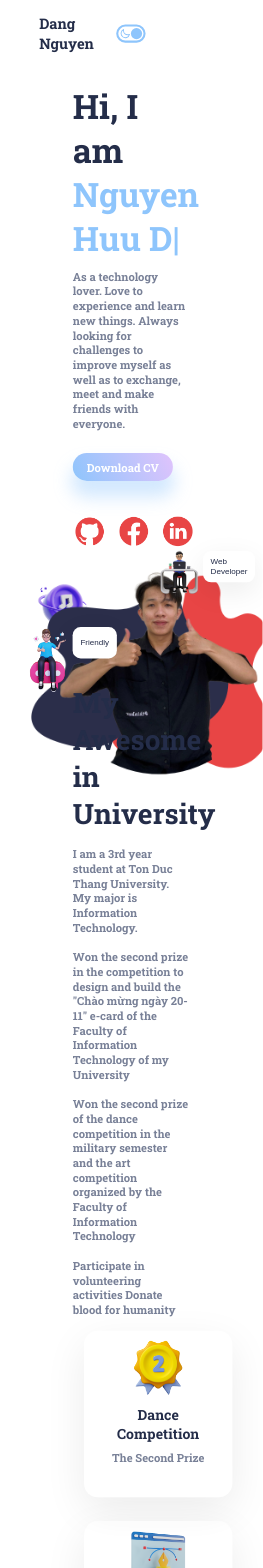
Repository: huudang2840/my_portfolio
Page: /
The author's editor kept a copy of each file at every save. The page is drawn from the files as they stood at one save, then again after the next save.
The browser window is 375 px wide. The pictures show the part of the page from y = 0 to 2240 px (the page is 5728 px tall), at 70% of full size.
The project was rebuilt for these pictures with package versions that can differ from the ones it lists, and the page was loaded fresh each time.

Above is the page before, as saved 2022-06-12 01:06:09.

### public/index.html
<!DOCTYPE html>
<html lang="en">
  <head>
    <meta charset="utf-8" />
    <meta name="viewport" content="width=device-width, initial-scale=1" />
    <meta name="theme-color" content="#000000" />
    <meta name="description" content="Web site created using create-react-app" />
    <link rel="preconnect" href="https://fonts.googleapis.com" />
    <link rel="preconnect" href="https://fonts.gstatic.com" crossorigin />
    <link
      href="https://fonts.googleapis.com/css2?family=Roboto+Slab:wght@700&display=swap"
      rel="stylesheet"
    />
    <style>
      * {
        font-family: "Roboto Slab", serif;
        font-weight: normal;
        font-style: 20px;
      }
      body {
        margin: 0;
      }
    </style>
    <!--
      manifest.json provides metadata used when your web app is installed on a
      user's mobile device or desktop. See https://developers.google.com/web/fundamentals/web-app-manifest/
    -->
    <!--
      Notice the use of %PUBLIC_URL% in the tags above.
      It will be replaced with the URL of the `public` folder during the build.
      Only files inside the `public` folder can be referenced from the HTML.

      Unlike "/favicon.ico" or "favicon.ico", "%PUBLIC_URL%/favicon.ico" will
      work correctly both with client-side routing and a non-root public URL.
      Learn how to configure a non-root public URL by running `npm run build`.
    -->
    <title>React App</title>
  </head>
  <body>
    <noscript>You need to enable JavaScript to run this app.</noscript>
    <div id="root"></div>
    <!--
      This HTML file is a template.
      If you open it directly in the browser, you will see an empty page.

      You can add webfonts, meta tags, or analytics to this file.
      The build step will place the bundled scripts into the <body> tag.

      To begin the development, run `npm start` or `yarn start`.
      To create a production bundle, use `npm run build` or `yarn build`.
    -->
  </body>
</html>

### src/Components/Navbar/Navbar.jsx
import React from "react";
import "./Navbar.css";
import Toggle from "../Toggle/Toggle";
import { Link } from "react-scroll";

const Navbar = () => {
  return (
    <div className="n-wrapper">
      <div className="n-left">
        <div className="n-name">Dang Nguyen</div>
        <Toggle />
      </div>
      <div className="n-right">
        <div className="n-list">
          <ul style={{ listStyle: "none" }}>
            <Link spy={true} to="Navbar" smooth={true} activeClass="activeClass">
              <li className="n-item">Home</li>
            </Link>
            <Link spy={true} to="Introduce" smooth={true}>
              <li className="n-item">Introduce</li>
            </Link>
            <Link spy={true} to="Skills" smooth={true}>
              <li className="n-item">Skills</li>
            </Link>
            <Link spy={true} to="Project" smooth={true}>
              <li className="n-item">Projects</li>
            </Link>
          </ul>
        </div>
        <Link spy={true} to="Contact" smooth={true}>
          <button className="button n-button">Contact</button>
        </Link>
      </div>
    </div>
  );
};

export default Navbar;

### src/App.css
:root {
  --yellow: #f5c32c;
  --orange: #fca61f;
  --black: #242d49;
  --gray: #788097;
  --blue: #8ec5fc;
  --blueCard2: #6eb2f7;
  --blueCard: #ddf8fe;
  --purple: rgb(238 210 255);
  --boxShadow: 0px 19px 60px rgb(0 0 0 / 8%);
  --orangeCard: rgba(252, 166, 31, 0.45);
  --smboxShadow: -79px 51px 60px rgba(0, 0, 0, 0.08);
}

.App {
  padding: 0.5rem 3.5rem;
  overflow: hidden;
  color: var(--black);
}

.button {
  border-radius: 34px;
  border: none;
  color: white;
  font-size: 16px;
  padding: 10px 20px;
  background: linear-gradient(62deg, #8ec5fc 0%, #e0c3fc 100%);
  box-shadow: 0px 20px 24px 3px #8ec5fc65;
}

.button:hover {
  background: white;
  cursor: pointer;
  color: var(--blue);
  border: 1px solid var(--blue);
}

@media screen and (max-width: 480px) {
}

### src/Components/Introduce/Introduce.jsx
import React from "react";
import "./Introduce.css";
import Card from "../Card/Card";

import Blood from "../../img/blood.png";
import Web from "../../img/web.png";
import secondPrize from "../../img/2nd.png";

import { motion } from "framer-motion";

import { themeContext } from "../../Context";
import { useContext } from "react";

const Introduce = () => {
  const theme = useContext(themeContext);
  const darkMode = theme.state.darkMode;
  const transition = { duration: 2, type: "spring" };

  return (
    <div className="introduce" id="Introduce">
      {/* Bên trái */}
      <div className="infor">
        <span style={{ color: darkMode ? "white" : "" }}>My Awesome</span>
        <span>in University</span>
        <span>
          <br />
          I am a 3rd year student at Ton Duc Thang University.
          <br />
          My major is Information Technology.
          <br />
          <br />
          Won the second prize in the competition to design and build the "Chào mừng ngày 20-11"
          e-card of the Faculty of Information Technology of my University
          <br />
          <br />
          Won the second prize of the dance competition in the military semester and the art
          competition organized by the Faculty of Information Technology
          <br />
          <br />
          Participate in volunteering activities Donate blood for humanity
        </span>
      </div>
      {/* Bên phải */}
      <div className="cards">
        {/* Thẻ 1 */}
        <motion.div
          initial={{ right: "30%" }}
          whileInView={{ left: "20rem" }}
          style={{ top: "0" }}
          transition={transition}
        >
          <Card emoij={secondPrize} heading={"Dance Competition"} detail={"The Second Prize"} />
        </motion.div>
        {/* Thẻ 2 */}
        <motion.div
          initial={{ left: "-30%" }}
          whileInView={{ left: "1rem" }}
          style={{ top: "12rem" }}
          transition={transition}
        >
          <Card emoij={Web} heading={"E-card Competition"} detail={"The Second Prize"} />
        </motion.div>
        {/* Thẻ 3 */}
        <motion.div
          initial={{ right: "10%" }}
          whileInView={{ left: "19rem" }}
          style={{ top: "19rem" }}
          transition={transition}
        >
          <Card
            emoij={Blood}
            heading={"Donate Blood"}
            detail={"Participate In Volunteering Activities"}
          />
        </motion.div>

        <div
          className="blur in-blur-2"
          style={{ background: "var(--purple)", height: "20rem" }}
        ></div>
      </div>
    </div>
  );
};

export default Introduce;

### src/Components/Skills/Skill.jsx
import React from "react";
import "./Skill.css";

import html from "../../img/html.png";
import css from "../../img/css.png";
import js from "../../img/js.png";
import react from "../../img/react.png";
import nodejs from "../../img/nodejs.png";

import java from "../../img/java.png";
import sql from "../../img/sql.png";
import mongo from "../../img/mongoDB.png";

import { motion } from "framer-motion";
import { Link } from "react-scroll";
import { themeContext } from "../../Context";
import { useContext } from "react";

const Skill = () => {
  const transition = { duration: 3, type: "spring" };
  const theme = useContext(themeContext);
  const darkMode = theme.state.darkMode;

  return (
    <div className="skill" id="Skills">
      {/* Bên trái */}
      <div className="infor">
        <span style={{ color: darkMode ? "white" : "" }}>Technical</span>
        <span>Skills</span>
        <span>
          <br />
          <b style={{ color: darkMode ? "white" : "black" }}>Development: </b>
          <br />
          HTML, CSS, JavaScript, Nodejs, Reactjs, Java
          <br />
          <br />
          <b style={{ color: darkMode ? "white" : "black" }}>Database: </b>
          <br />
          MongoDB, SQL
          <br />
        </span>
        <Link spy={true} to="Contact" smooth={true}>
          <button className="button in-button">Contact</button>
        </Link>
      </div>
      {/* Bên phải */}

      <div className="sk-right">
        <motion.div
          initial={{ rotate: 60 }}
          whileInView={{ rotate: 0 }}
          viewport={{ margin: "-40px" }}
          transition={{ duration: 3.5, type: "spring" }}
          className="sk-mainCircle"
        >
          <div className="sk-secCircle">
            <img src={css} alt="" />
          </div>
          <div className="sk-secCircle">
            <img src={html} alt="" />
          </div>
          <div className="sk-secCircle">
            <img src={js} alt="" />
          </div>
          <div className="sk-secCircle">
            <img src={react} alt="" />
          </div>
          <div className="sk-secCircle">
            <img src={nodejs} alt="" />
          </div>
        </motion.div>
        {/* bg Circle */}
        <div className="sk-backCircle blueCircle"></div>
        <div className="sk-backCircle redCircle"></div>
        <motion.img
          initial={{ top: "-10%", left: "40%" }}
          whileInView={{ top: "25%", left: "-18%" }}
          transition={transition}
          src={java}
          alt=""
        />
        <motion.img
          initial={{ top: "0%", left: "30%" }}
          whileInView={{ top: "55%", left: "5%" }}
          transition={transition}
          src={sql}
          alt=""
        />
        <motion.img
          initial={{ top: "-10%", left: "50%" }}
          whileInView={{ top: "-5%", left: "10%" }}
          transition={transition}
          src={mongo}
          alt=""
        />
      </div>
    </div>
  );
};

export default Skill;

### src/Components/Project/Project.jsx
import React from "react";
import "./Project.css";
import { Swiper, SwiperSlide } from "swiper/react";
import eCard from "../../img/20-11.png";
import musicApp from "../../img/music-app.png";
import shopeeClone from "../../img/shopee_clone.png";

import "swiper/swiper-bundle.min.css";
import "swiper/swiper.min.css";

import { themeContext } from "../../Context";
import { useContext } from "react";

import ProjectCard from "../ProjectCard/ProjectCard";

const Project = () => {
  const theme = useContext(themeContext);
  const darkMode = theme.state.darkMode;
  const widthScreen = window.screen.availWidth;
  const projects = [
    {
      title: "E-Card 'Chào Mừng 20-11'",
      link: "https://sixters19050401.github.io/",
      img: eCard,
    },
    {
      title: "Music App",
      link: "https://huudang2840.github.io/music-player/",
      img: musicApp,
    },
    {
      title: "Shopee Clone UI",
      link: "https://huudang2840.github.io/shopee_clone/",
      img: shopeeClone,
    },
  ];

  return (
    <div className="project" id="Project">
      {/* Heading */}
      <span style={{ color: darkMode ? "white" : "" }}>
        My <span style={{ color: "var(--redPrimary)" }}>Projects</span>
      </span>

      {/* Slider */}

      <Swiper
        height={30}
        spaceBetween={30}
        slidesPerView={widthScreen <= 480 ? 1 : 3}
        grabCursor={true}
        className="project-slider"
      >
        {projects.map((p, index) => {
          return (
            <SwiperSlide key={index}>
              <ProjectCard link={p.link} img={p.img} darkMode={darkMode} title={p.title} />
            </SwiperSlide>
          );
        })}
      </Swiper>
    </div>
  );
};

export default Project;

### src/Components/Contact/Contact.jsx
import React, { useRef, useState } from "react";
import "./Contact.css";
import "../Introduce/Introduce";
import emailjs from "@emailjs/browser";
import { themeContext } from "../../Context";
import { useContext } from "react";

const Contact = () => {
  const form = useRef();
  const [done, setDone] = useState(false);

  const theme = useContext(themeContext);
  const darkMode = theme.state.darkMode;

  const sendEmail = (e) => {
    e.preventDefault();

    emailjs.sendForm("service_mpucvz5", "template_bf8vzpv", form.current, "5KF476gcvLuOiv28W").then(
      (result) => {
        console.log(result.text);
        setDone(true);
      },
      (error) => {
        console.log(error.text);
      }
    );
  };

  return (
    <div className="contact" id="Contact">
      {/* Left */}
      <div className="c-left">
        <span style={{ color: darkMode ? "white" : "" }}>Get in touch</span>
        <span>Contact me</span>
        <div className="blur c-blur1" style={{ background: "#ABF1FF94" }}></div>
      </div>
      {/* Right */}

      <div className="c-right">
        <form ref={form} onSubmit={sendEmail}>
          <input className="user" type="text" name="user_name" placeholder="Name" />
          <input className="user" type="email" name="user_email" placeholder="Email" />
          <textarea className="user" type="text" name="message" placeholder="Message" />
          <input type="submit" value="Send" className="button" />
          <span className="c-thanks">{done && "Thank you, I got your email! <3"}</span>
          <div className="blur c-blur1" style={{ background: "var(--purple)" }}></div>
        </form>
      </div>
    </div>
  );
};

export default Contact;

### src/Components/Footer/Footer.jsx
import React from "react";
import "./Footer.css";

import Facebook from "@iconscout/react-unicons/icons/uil-facebook";
import Github from "@iconscout/react-unicons/icons/uil-github";
import Email from "@iconscout/react-unicons/icons/uil-envelope";
import LinkedIn from "@iconscout/react-unicons/icons/uil-linkedin";

const Footer = () => {
  return (
    <div className="footer">
      <div className="f-content">
        <span>dangnguyen2842@gmail.com</span>
        <div className="f-icons">
          <a
            target="_blank"
            rel="noreferrer"
            href="mailto:dangnguyen2842@gamil.com?"
            style={{ color: "white" }}
          >
            <Email size="3rem"></Email>
          </a>
          <a
            target="_blank"
            rel="noreferrer"
            href="https://www.facebook.com/dangdang.28/"
            style={{ color: "white" }}
          >
            <Facebook size="3rem"></Facebook>
          </a>
          <a
            target="_blank"
            rel="noreferrer"
            href="https://github.com/huudang2840"
            style={{ color: "white" }}
          >
            <Github size="3rem"></Github>
          </a>

          <a
            target="_blank"
            rel="noreferrer"
            href="https://www.linkedin.com/in/đăng-nguyễn-7a4b04240/"
            style={{ color: "white" }}
          >
            <LinkedIn size="3rem"></LinkedIn>
          </a>
        </div>
      </div>
    </div>
  );
};

export default Footer;

### src/Components/Navbar/Navbar.css
.n-wrapper {
  height: 10vh;
  display: flex;
  justify-content: space-between;
}

.n-left {
  flex: 1;
  align-items: center;
  display: flex;
  gap: 2rem;
}

.n-name {
  font-size: 1.3rem;
  font-weight: bold;
}

.n-right {
  display: flex;
  flex: 1;
  align-items: center;
  justify-content: center;
}

.n-list {
  flex: 10;
}

.n-list > ul {
  display: flex;
  gap: 4rem;
  margin-right: 4rem;
  cursor: pointer;
}

.n-item:hover {
  cursor: pointer;
  color: var(--redPrimary);
}

.n-button {
  flex: 2;
}

@media screen and (max-width: 480px) {
  .n-list {
    display: none;
  }
  .n-button {
    display: none;
  }
}

### src/Components/Toggle/Toggle.jsx
import React from "react";
import "./Toggle.css";
import Sun from "@iconscout/react-unicons/icons/uil-sun";
import Moon from "@iconscout/react-unicons/icons/uil-moon";
import { themeContext } from "../../Context";
import { useContext } from "react";

const Toggle = () => {
  const theme = useContext(themeContext);
  const darkMode = theme.state.darkMode;
  const handleClick = () => {
    theme.dispatch({ type: "toggle" });
  };
  return (
    <div className="toggle" onClick={handleClick}>
      <Moon />
      <Sun />
      <div className="t-button" style={darkMode ? { left: "2px" } : { right: "2px" }}></div>
    </div>
  );
};

export default Toggle;

### src/Components/Intro/Intro.css
.intro {
  display: flex;
  height: 77vh;
  margin-top: 10rem;
  padding: 0 3rem 0 3rem;
}
.i-left {
  display: flex;
  position: relative;
  flex: 1;
  flex-direction: column;
  gap: 2rem;
}
.i-name {
  display: flex;
  flex-direction: column;
}

.i-name > :nth-child(1) {
  color: var(--black);
  font-weight: bold;
  font-size: 3rem;
}
.i-name > :nth-child(2) {
  color: var(--blue);
  font-weight: bold;
  font-size: 3rem;
}
.i-name > :nth-child(3) {
  font-weight: 100;
  font-size: 15 px;
  color: var(--gray);
  margin-top: 10px;
  max-width: 80%;
}
.i-button {
  height: 2.5rem;
}
.i-icons {
  margin-top: 1rem;
  display: flex;
  gap: 0rem;
}
.i-icons > a > img {
  margin-right: 15px;
  max-height: 3rem;
}
.i-icons > a > img:hover {
  cursor: pointer;
}
.i-right {
  flex: 1;
  position: relative;
}

.i-right > * {
  position: absolute;
  z-index: 1;
}

.i-right > :nth-child(1) {
  z-index: 2;
  transform: scale(0.9);
  top: -15%;
}

.i-right > :nth-child(2) {
  z-index: 1;
  transform: scale(0.9);
  left: 8rem;
  top: -15%;
}

.i-right > :nth-child(3) {
  z-index: 3;
  transform: scale(0.9);
  left: 3.5rem;
  top: -26%;
}
.i-right > :nth-child(4) {
  transform: scale(0.5);
  border-radius: 50%;
  padding: 0;
}

.blur {
  position: absolute;
  width: 22rem;
  height: 14rem;
  border-radius: 50%;
  background: #edd0ff;
  z-index: -10;
  top: 18%;
  left: 56%;
  filter: blur(72px);
}

@media screen and (max-width: 480px) {
  .intro {
    flex-direction: column;
    margin-top: 2rem;
  }
  .i-right {
    transform: scale(0.8);
    left: -4rem;
  }

  .i-right .blur {
    display: none;
  }

  .i-name > :nth-child(1) {
    font-size: 3rem;
  }
  .i-name > :nth-child(2) {
    font-size: 3rem;
    min-height: 8rem;
  }
  .i-right {
    transform: scale(0.68);
    left: -7rem;
  }
  .i-dev {
    margin-left: 12rem;
  }
  .i-friendly {
    margin-left: 2rem;
    margin-top: 10rem;
  }
  .i-name > :nth-child(3) {
    max-width: 100%;
  }
}

### src/Components/FloatingDiv/FloatingDiv.jsx
import React from "react";
import "./Floating.css";
import { themeContext } from "../../Context";
import { useContext } from "react";

const FloatingDiv = ({ image, txt1 }) => {
  const theme = useContext(themeContext);
  const darkMode = theme.state.darkMode;
  return (
    <div className="f-wrapper">
      <img className="f-img" src={image} alt="" />
      <div className="floatingdiv">
        <span style={{ color: darkMode ? "black" : "" }}>{txt1}</span>
      </div>
    </div>
  );
};

export default FloatingDiv;

### src/Components/Introduce/Introduce.css
.introduce {
  display: flex;
  padding: 0 3rem 0 3rem;
  height: 90vh;
  margin-bottom: 8rem;
  margin-top: 5rem;
}

.infor {
  display: flex;
  flex: 1;
  flex-direction: column;
  position: relative;
}

.infor > :nth-child(1) {
  color: var(--black);
  font-size: 2.5rem;
  font-weight: bold;
}

.infor > :nth-child(2) {
  color: var(--redPrimary);
  font-size: 2.5rem;
  font-weight: bold;
}

.infor > :nth-child(3) {
  color: var(--gray);
  max-width: 80%;
}

.in-button {
  margin-top: 3rem;
  width: 10rem;
  height: 2.5rem;
}

.cards {
  flex: 1;
  position: relative;
}
.cards > * {
  position: absolute;
}
@media screen and (max-width: 480px) {
  .introduce {
    margin-top: 15rem;
    flex-direction: column;
    padding-bottom: 70vh;
  }
  .infor > :nth-child(3) {
    max-width: 100%;
  }
  .cards {
    display: flex;
    flex-direction: column;
    margin-top: 20px;
    margin-left: 1rem;
    gap: 17rem;
  }
  .cards > * {
    position: static;
  }
}

### src/Components/Card/Card.jsx
import React from "react";
import "./Card.css";

const Card = ({ emoij, heading, detail }) => {
  return (
    <div className="card">
      <img src={emoij} alt="" />
      <span>{heading}</span>
      <span>{detail}</span>
    </div>
  );
};

export default Card;

### src/Components/Skills/Skill.css
.skill {
  padding: 0 3rem 0 3rem;
  display: flex;
  height: 90vh;
  margin-top: 4rem;
}

.sk-right {
  flex: 1;
  position: relative;
}
.sk-right > img {
  position: absolute;
  max-width: 6rem;
}

.sk-mainCircle {
  left: 9rem;
  position: relative;
  width: 18rem;
  height: 18rem;
  border-radius: 100%;
  box-shadow: var(--smboxShadow);
  top: 2rem;
  background: white;
  z-index: 3;
}
.sk-mainCircle > * {
  position: absolute;
}

.sk-mainCircle > :nth-child(1) {
  top: -3rem;
  left: 6rem;
}

.sk-mainCircle > :nth-child(2) {
  top: 6rem;
  left: -2rem;
}
.sk-mainCircle > :nth-child(3) {
  top: 6rem;
  left: 6rem;
}
.sk-mainCircle > :nth-child(4) {
  top: 15rem;
  left: 5rem;
}

.sk-mainCircle > :nth-child(5) {
  top: 6rem;
  left: 13rem;
}

.sk-secCircle img {
  max-width: 4.7rem;
}
.sk-secCircle {
  width: 6rem;
  height: 6rem;
  position: absolute;
  border-radius: 100%;
  border: 1px solid #ebebeb;
  display: flex;
  align-items: center;
  justify-content: center;
  background: white;
  z-index: 3;
}

.sk-backCircle {
  position: absolute;
  height: 13rem;
  width: 13rem;
  z-index: 2;
  border-radius: 100%;
}
.blueCircle {
  background: var(--bluePrimary);
  left: 18rem;
  top: 0rem;
  z-index: 1;
}

.redCircle {
  background: var(--redPrimary);
  left: 18rem;
  z-index: 1;
  top: 8rem;
}
@media screen and (max-width: 480px) {
  .skill {
    flex-direction: column;
  }
  .sk-right {
    transform: scale(0.75);
  }
  .sk-mainCircle {
    left: 5rem;
  }
  .blueCircle {
    left: 14rem;
  }
  .redCircle {
    left: 14rem;
  }
}

### src/Components/Project/Project.css
.project {
  display: flex;
  align-items: center;
  justify-content: center;
  flex-direction: column;
  height: 70vh;
  padding-bottom: 10rem;
}

.project span:nth-child(1) {
  color: var(--black);
  font-size: 2.5rem;
  font-weight: bold;
}

.project .swiper {
  overflow: hidden !important;
}

.project-slider {
  margin-top: 3rem;
  width: 100%;
}

.project-slider .swiper-slide {
  width: 25rem;
}

.project img {
  width: 25rem;
  filter: drop-shadow(-12px 15px 13px rgba(0, 0, 0, 0.25));
  border-radius: 25px;
}

### src/Components/ProjectCard/ProjectCard.jsx
import React from "react";
import "./ProjectCard.css";

const ProjectCard = ({ link, img, darkMode, title }) => {
  return (
    <div className="p-wrapper">
      <a href={link} target="_blank" rel="noreferrer">
        <img src={img} alt="" style={{ height: "225px" }} />
      </a>
      <span style={{ color: darkMode ? "white" : "" }}>{title}</span>
    </div>
  );
};

export default ProjectCard;

### src/Components/Comment/Comment.css
.c-wapper {
  padding: 0 3rem 0 3rem;
  height: 100vh;
  display: flex;
  align-items: center;
  justify-content: center;
  margin-top: 7rem;
  flex-direction: column;
  gap: 2rem;
  position: relative;
}
.c-heading {
  align-self: start;
}
.c-heading > * {
  font-size: 2rem;
  font-weight: bold;
}
.c-heading span:nth-of-type(2) {
  color: var(--blue);
}

.c-blur1 {
  left: 55rem;
  top: 20rem;
}
.c-blur2 {
  top: 10rem;
  left: 0;
}
.comment {
  display: flex;
  flex-direction: column;
  align-items: center;
  justify-content: space-evenly;
  padding: 2rem;
  width: 40rem;
  height: 20rem;
  background: rgba(255, 255, 255, 0.26);
  border: 7px solid var(--blueCard);
  box-shadow: var(--boxShadow);
  border-radius: 20px;
}
.comment > img {
  width: 6rem;
  height: 6rem;
  border-radius: 100%;
}
.comment > span {
  color: var(--gray);
}

.c-wapper .swiper-container {
  width: 100%;
  height: 70%;
}

.c-wapper .swiper-slide {
  display: flex;
  align-items: center;
  justify-content: center;
}

.c-wapper .swiper-pagination-bullet-active {
  background: var(--blue);
}

### src/Components/Contact/Contact.css
.contact {
  padding: 0 3rem;
  display: flex;
  height: 80vh;
  margin-top: 5rem;
}

.c-left {
  display: flex;
  flex-direction: column;
  position: relative;
}

.c-left span:nth-child(1) {
  color: var(--black);
  font-size: 3rem;
  font-weight: bold;
}

.c-left span:nth-child(2) {
  color: var(--blue);
  font-size: 3rem;
  font-weight: bold;
}

.c-right {
  display: flex;
  justify-content: center;
  position: relative;
  flex: 1;
}

.c-right > form {
  display: flex;
  flex-direction: column;
  gap: 2rem;
  align-items: center;
}

.c-right .user {
  width: 20rem;
  height: 2rem;
  padding: 0.3rem;
  outline: none;
  border: 2px solid var(--blue);
  border-radius: 8px;
  font-size: 16px;
}

textarea {
  height: 4rem !important;
}

.c-blur1 {
  top: 5rem;
  left: 8rem;
}

.c-thanks {
  color: var(--redPrimary) !important;
  font-size: 20px;
}

@media screen and (max-width: 480px) {
  .contact {
    flex-direction: column;
    gap: 2rem;
  }
  .c-left > span:nth-child(1) {
    font-size: 40px;
  }
}

### src/Components/Footer/Footer.css
.footer {
  display: flex;
  height: 30vh;
  background: var(--bluePrimary);
  align-items: center;
  margin: -0.5rem -3.5rem;
  position: relative;
  margin-top: 7rem;
}

.f-content {
  position: absolute;
  display: flex;
  align-items: center;
  justify-content: center;
  flex-direction: column;
  width: 100%;
  gap: 2rem;
  color: white;
}

.f-icons {
  display: flex;
  width: 15rem;
  justify-content: space-around;
}
@media screen and (max-width: 480px) {
  .footer {
    height: 20vh;
  }
}

### src/Components/Toggle/Toggle.css
.toggle {
  display: flex;
  justify-content: space-between;
  border: 3px solid var(--blue);
  border-radius: 1rem;
  position: relative;
  padding: 2px;
  cursor: pointer;
}

.toggle > * {
  width: 1rem;
  height: 1rem;
  color: var(--blue);
}

.t-button {
  border-radius: 100%;
  background-color: var(--blue);
  position: absolute;
}

### src/Components/FloatingDiv/Floating.css
.f-wrapper {
  display: flex;
}
.floatingdiv {
  display: flex;
  height: 4rem;
  width: 100%;
  background: white;
  box-shadow: var(--boxShadow);
  border-radius: 17px;
  align-items: center;
  padding: 1px 16px;
  margin-left: 10px;
}

.f-img {
  max-width: 5rem;
}

.floatingdiv > span {
  font-family: sans-serif;
  font-size: 17px;
}

### src/Components/Card/Card.css
.card {
  width: 10rem;
  height: 13rem;
  position: absolute;
  display: flex;
  flex-direction: column;
  align-items: center;
  text-align: center;
  background: rgba(255, 255, 255, 0.26);
  border: 7px solid var(--redCard);
  border-radius: 20px;
  box-shadow: var(--boxShadow);
  padding: 0px 26px 30px 26px;
  gap: 0.2rem;
}
.card span:nth-of-type(1) {
  margin-top: 0.2rem;
  font-size: 20px;
}

.card span:nth-of-type(2) {
  margin-top: 0.5rem;
  color: var(--gray);
  font-size: 16px;
}
.card img {
  max-width: 6rem;
  margin-top: 0.3rem;
}

### src/Components/ProjectCard/ProjectCard.css
.p-wrapper {
  display: flex;
  flex-direction: column;
  align-items: center;
}

.p-wrapper span {
  margin-top: 20px;
  color: var(--bluePrimary);
  font-size: 20px;
}

Loaded but not shown: src/App.js (34 lines, source omitted); src/Context.js (21 lines, source omitted); src/index.js (15 lines, source omitted); src/Components/Intro/Intro.jsx (106 lines, source omitted); src/Components/Comment/Comment.jsx (65 lines, source omitted)

After the next save:
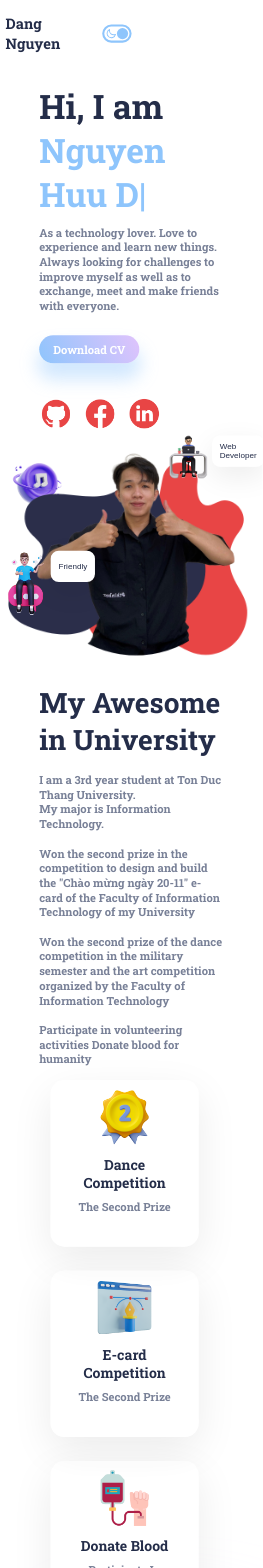
Saved 19 s later.
--- a/src/App.css
+++ b/src/App.css
@@ -36,4 +36,7 @@
 }
 
 @media screen and (max-width: 480px) {
+  .App {
+    padding: 0.5rem;
+  }
 }
